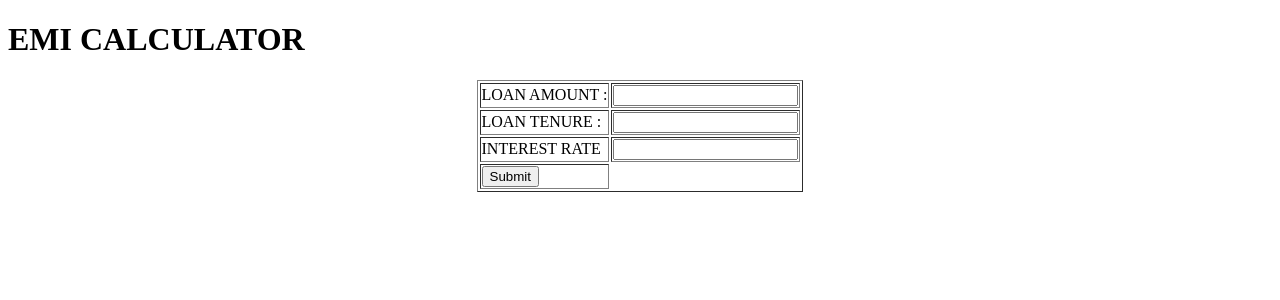
Repository: MayuriShinde124/Mayuri_20136571
Page: Question3/src/main/webapp/Calculator.html
The author's editor kept a copy of each file at every save. The page is drawn from the files as they stood at one save, then again after the next save.
The browser window is 1280 px wide. The pictures show the whole page.

Above is the page before, as saved 2023-07-11 07:44:36.

### Question3/src/main/webapp/Calculator.html
<!DOCTYPE html>
<html>
<head>
<meta charset="ISO-8859-1">
<title>Insert title here</title>
</head>
<body>
<form action="Calcuate.jsp">

<table border="1" style="margin-left: auto;
  margin-right: auto;">


  <h1>EMI CALCULATOR</h1>
<tr>
<td>

LOAN AMOUNT :
</td><td><input type="text" name="amount"></td>
<tr>
<td>
LOAN TENURE :</td><td><input type="text" name="tenure"></td>
<tr>
<td>
INTEREST RATE</td><td><input type="text" name="rate"></td></tr>

<tr><td>
<input type="submit" name="Calculate">
</td>
</tr>
</table>


</form>

</body>
</html>

After the next save:
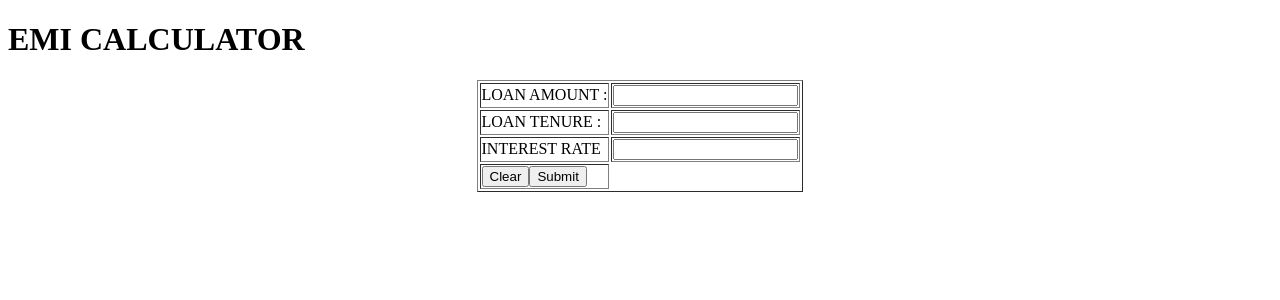
Saved 54 s later.
--- a/Question3/src/main/webapp/Calculator.html
+++ b/Question3/src/main/webapp/Calculator.html
@@ -25,7 +25,7 @@
 INTEREST RATE</td><td><input type="text" name="rate"></td></tr>
 
 <tr><td>
-<input type="submit" name="Calculate">
+<button type="reset">Clear</button><input type="submit" name="Calculate">
 </td>
 </tr>
 </table>
